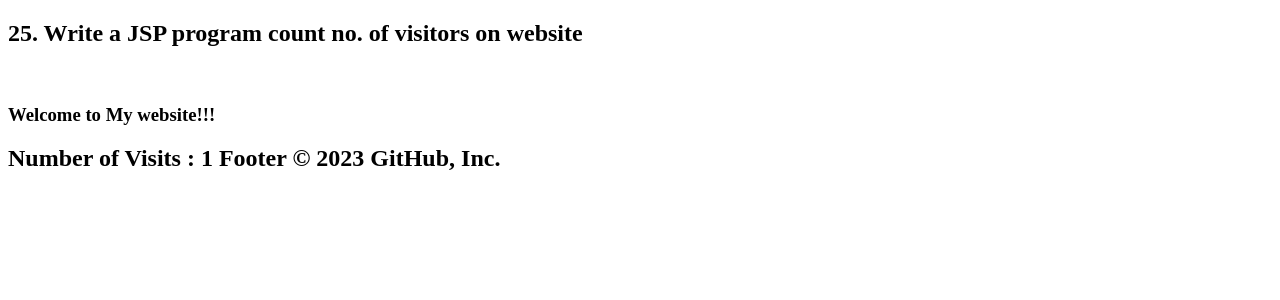
Repository: GarvKumar/ADVANCEDJAVATRAINING
Page: http://localhost/AdvancedJSPProgram/Question25.jsp
These files come from the project's save history. The page is drawn as it stood at one moment and after the next save; the edit follows.
The browser window is 1280 px wide. The pictures show the whole page.
The page is served by Tomcat 9. Other server files are loaded and not shown.

Above is the page before, as saved 2023-01-31 16:25:09.

### AdvancedJSPProgram/src/main/webapp/Question25.jsp
<%@ page language="java" contentType="text/html; charset=UTF-8"
    pageEncoding="UTF-8"%>
<!DOCTYPE html>
<html>
<head>
<meta charset="UTF-8">
<title>Question No. 25</title>
</head>
<body>
<h2>25.	Write a JSP program count no. of visitors on website</h2>
<br>

<h3>Welcome to My website!!!</h3>
<%! int count = 1; %>

<%
out.println("<h2>Number of Visits : "+count);
count ++;
%>

</body>
</html>
Footer
© 2023 GitHub, Inc.

After the next save:
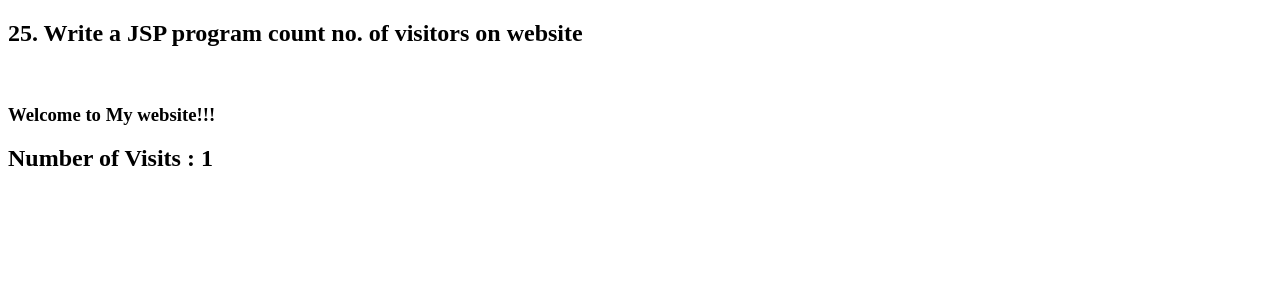
Saved 18 s later.
--- a/AdvancedJSPProgram/src/main/webapp/Question25.jsp
+++ b/AdvancedJSPProgram/src/main/webapp/Question25.jsp
@@ -20,5 +20,3 @@
 
 </body>
 </html>
-Footer
-© 2023 GitHub, Inc.
